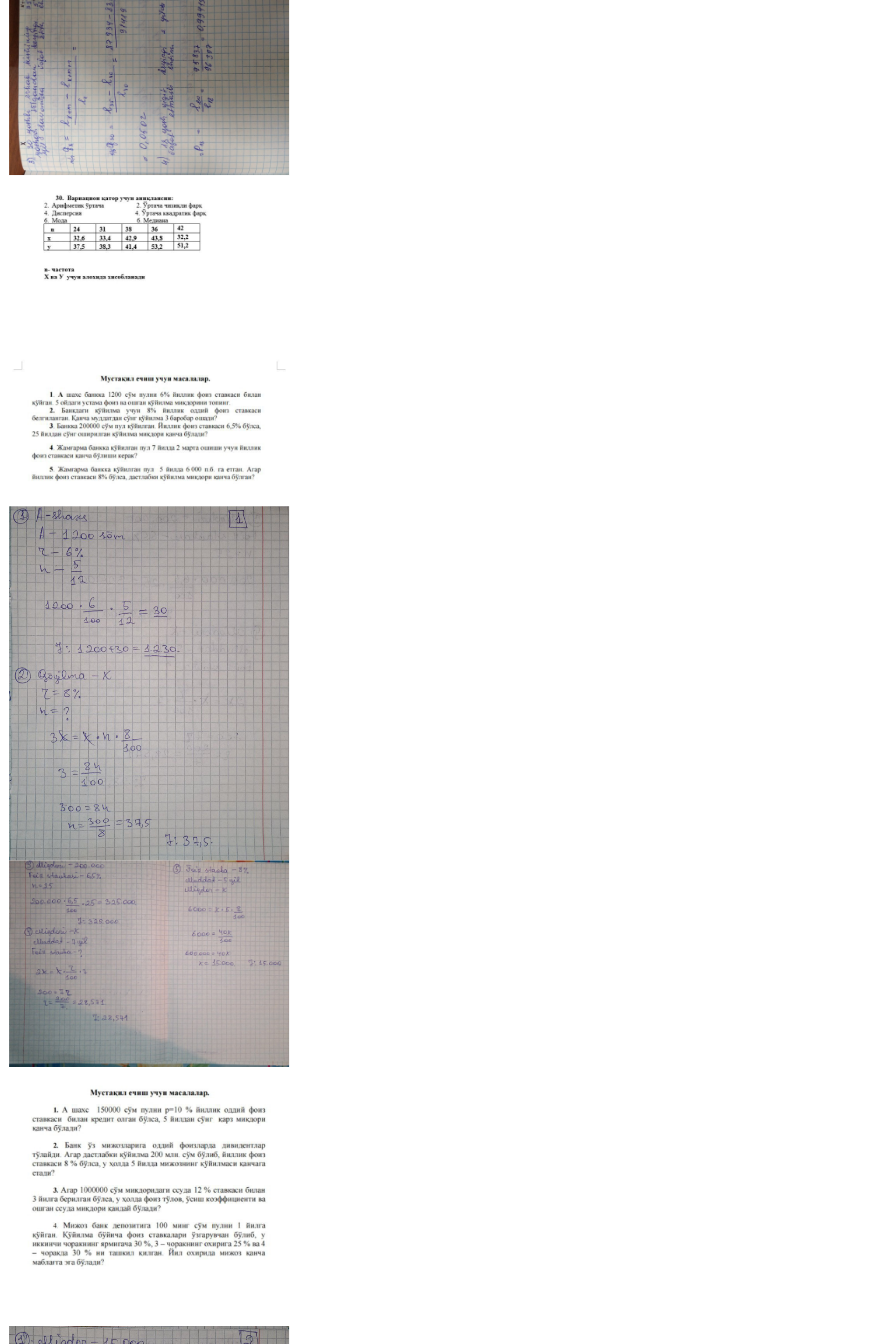
Repository: Ikromkhurozov/exam-inst
Page: index.html
The author's editor kept a copy of each file at every save. The page is drawn from the files as they stood at one save, then again after the next save.
The browser window is 1280 px wide. The pictures show the part of the page from y = 4276 to 6196 px (the page is 7912 px tall before and 8006 px after), at 70% of full size.

Above is the page before, as saved 2023-05-26 09:57:52.

After the next save:
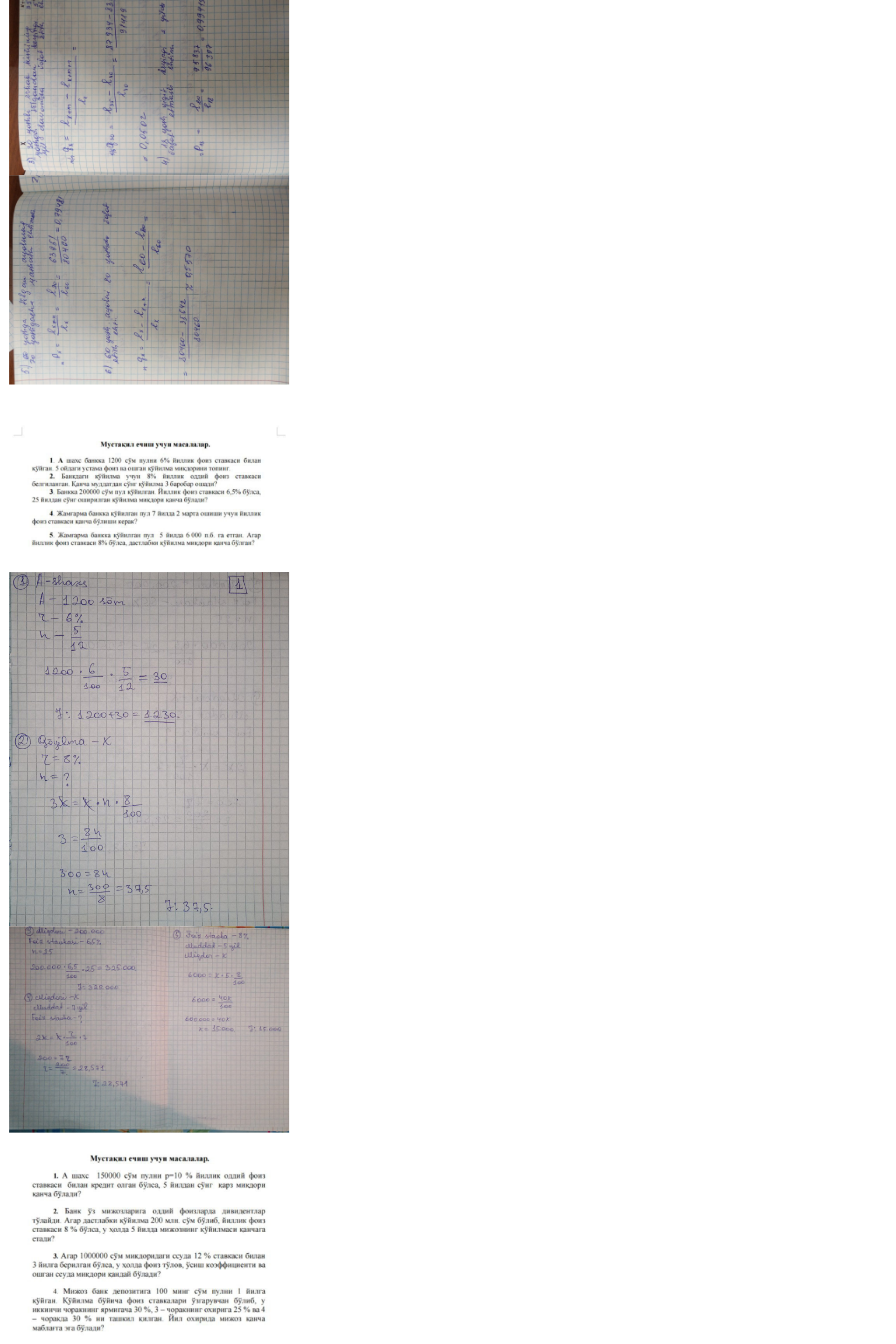
Saved 4 s later.
--- a/index.html
+++ b/index.html
@@ -37,7 +37,7 @@
   <img src="/e.jpg" alt="p4">
   <img src="/f.jpg" alt="p2">
   <img src="/j.jpg" alt="p3">
-  <img src="/8.jpg" alt="p3">
+  <img src="/v.jpg" alt="p3">
 
   <br>
   <br>
